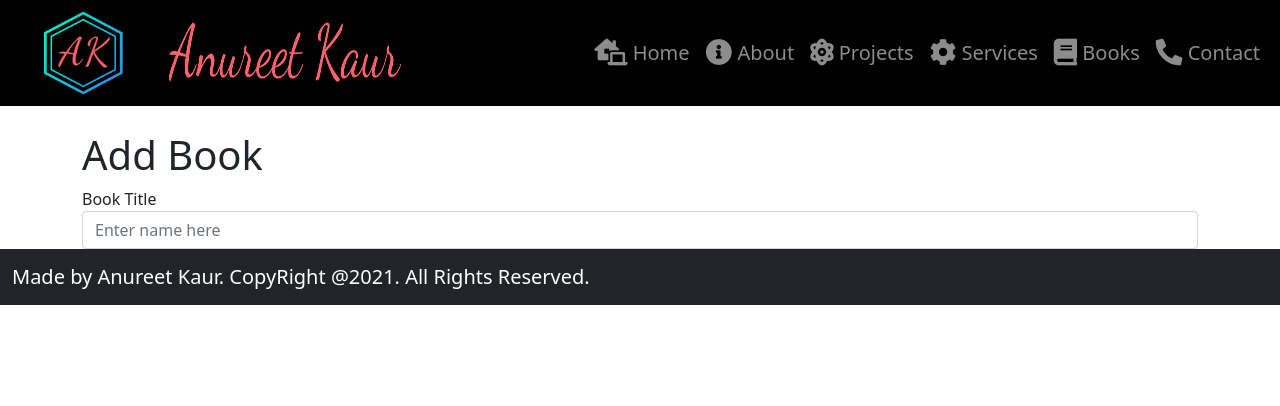
Repository: Anureet23/Portfolio_Authentication
Page: http://localhost/book-list/add
These files come from the project's save history. The page is drawn as it stood at one moment and after the next save; the edit follows.
The browser window is 1280 px wide. The pictures show the whole page.
The page is served by the project's Node server (server.js). Other server files are loaded and not shown.

Above is the page before, as saved 2021-06-16 19:43:02.

### server/views/book/add.ejs
<!--Header Partial Included -->
<% include ../partials/header.ejs %>

<!--Top Navbar Partial Included -->
<% include ../partials/navbar.ejs %>


<!--Content for ADD Page -->
<div class="container">
    <div class="row">
        <div class="offset md-3 col-md-6"></div>
        <h1><%= title%></h1>

        <form class="form" method="POST">
        <div class="form-group">
            <label for="nameTextField">Book Title</label>
            <input type="text" class="form-control" id="nameTextField" placeholder="Enter name here" name="name" required>
        </div>
        </form>
    </div>
</div>

 <!--Bottom Navbar Partial Included -->
 <% include ../partials/bottomnavbar.ejs %>

<!--Footer Partial Included -->
 <% include ../partials/footer.ejs %>

### server/views/partials/header.ejs
<!--Header Partial -->
<!DOCTYPE html>
<html lang="en">
<head>
  <meta charset="UTF-8">
  <meta http-equiv="X-UA-Compatible" content="IE=edge">
  <meta name="viewport" content="width=device-width, initial-scale=1.0">
  <title><%= title %></title>

  <!--CSS Section-->
  <link rel='stylesheet' href='/bootstrap/dist/css/bootstrap.min.css' />
  <link rel="stylesheet" href="/@fortawesome/fontawesome-free/css/all.min.css">

  <link rel='stylesheet' href='/Content/app.css' />
</head>
<body>

### server/views/partials/navbar.ejs
 <!--Top Nav Bar Partial-->

  <nav class="navbar navbar-expand-lg navbar-dark" style="font-size:20px;background-color:black!important">
    <div class="container-fluid" style="background-color:black">
     <img src="/Assests/images/Logo.PNG" height="90px" width="150px"> <img src="/Assests/images/Name.PNG" height="75px" width="240px" >
           <button class="navbar-toggler" type="button" data-bs-toggle="collapse" data-bs-target="#navbarSupportedContent" aria-controls="navbarSupportedContent" aria-expanded="false" aria-label="Toggle navigation">
        <span class="navbar-toggler-icon"></span>
      </button>

      <div class="collapse navbar-collapse" id="navbarSupportedContent">
        <ul class="navbar-nav ms-auto mb-2 mb-lg-0">

        <li class="nav-item">
        <a class="nav-link" aria-current="page" href="/home"><i class="fas fa-lg fa-laptop-house"></i> Home</a>
        </li>


           <li class="nav-item">
          <a class="nav-link " href="/about"> <i class="fas fa-lg fa-info-circle"></i> About</a>
          </li>

          <li class="nav-item">
            <a class="nav-link "  href="/projects"> <i class="fas fa-lg fa-atom"></i> Projects</a>
          </li>

          <li class="nav-item">
            <a class="nav-link"  href="/services"> <i class="fas fa-lg fa-cog"></i>  Services</a>
          </li>


          <li class="nav-item">
            <a class="nav-link"  href="/book-list"><i class="fas fa-lg fa-book"></i> Books</a>
          </li>

          <li class="nav-item">
            <a class="nav-link"  href="/contact"><i class="fas fa-lg fa-phone-alt"></i> Contact</a>
          </li>

      </div>
    </div>
  </nav>

### server/views/partials/bottomnavbar.ejs
<!--Bottom Navbar Partial-->

<nav class="navbar sticky-bottom navbar-dark bg-dark " >

  <div class="container-fluid">
    <a class="navbar-brand"  >Made by Anureet Kaur. CopyRight @2021. All Rights Reserved.</a>
  </div>
</nav>

### server/views/partials/footer.ejs
<!--Footer Partial-->
<!--JS Section-->
  <script src="/jquery/dist/jquery.min.js"></script>
  <script src="/bootstrap/dist/js/bootstrap.min.js"></script>
  <script src="/Scripts/app.js"></script>

</body>
</html>

### server.js
#!/usr/bin/env node
/* FileName :server.js */
/* StudentName :Anureet Kaur */
/* Student Id :301174444 */
/* Date : 4/06/2021 */
/**
 * Module dependencies.
 */

var app = require('./server/config/app');
var debug = require('debug')('express site:server');
var http = require('http');

/**
 * Get port from environment and store in Express.
 */

var port = normalizePort(process.env.PORT || '3000');
app.set('port', port);

/**
 * Create HTTP server.
 */

var server = http.createServer(app);

/**
 * Listen on provided port, on all network interfaces.
 */

server.listen(port);
server.on('error', onError);
server.on('listening', onListening);

/**
 * Normalize a port into a number, string, or false.
 */

function normalizePort(val) {
  var port = parseInt(val, 10);

  if (isNaN(port)) {
    // named pipe
    return val;
  }

  if (port >= 0) {
    // port number
    return port;
  }

  return false;
}

/**
 * Event listener for HTTP server "error" event.
 */

function onError(error) {
  if (error.syscall !== 'listen') {
    throw error;
  }

  var bind = typeof port === 'string'
    ? 'Pipe ' + port
    : 'Port ' + port;

  // handle specific listen errors with friendly messages
  switch (error.code) {
    case 'EACCES':
      console.error(bind + ' requires elevated privileges');
      process.exit(1);
      break;
    case 'EADDRINUSE':
      console.error(bind + ' is already in use');
      process.exit(1);
      break;
    default:
      throw error;
  }
}

/**
 * Event listener for HTTP server "listening" event.
 */

function onListening() {
  var addr = server.address();
  var bind = typeof addr === 'string'
    ? 'pipe ' + addr
    : 'port ' + addr.port;
  debug('Listening on ' + bind);
}

### server/routes/book.js
let express = require('express');
let router = express.Router();
let mongoose = require('mongoose');

//Connect to book model
let Book = require('../models/book');

/* GET Route for Book list*/

router.get('/',(req,res,next)=>{
    Book.find((err,bookList)=>{
        if(err)
        {
            return console.error(err);
        }
        else{
            //console.log(BookList);

            res.render('book/list',{title:'Books', BookList : bookList});
        }
    });
});


/* GET Route for displaying Add Page- CREATE Operation*/
router.get('/add', (req, res, next) => {
    res.render('book/add',{title:'Add Book'});
});

/* POST Route for processing Add Page- CREATE Operation*/
router.post('/add', (req, res, next) => {
   let newBook = Book({
          "name" : req.body.name,
          "author":req.body.author,
          "published": req.body.published,
          "description" : req.body.description,
          "price": req.body.price
   });

   Book.create(newBook,(err,Book)=> {
    if(err){
        console.log(err);
        res.end(err);
    }
    else{
        //refresh the book list
        res.redirect('/book-list');
    }
   });

});
/* GET Route for displaying Edit Page- UPDATE Operation*/
router.get('/edit/:id', (req, res, next) => {
       let id = req.params.id;

       Book.findById(id,(err,bookToEdit) => {

        if(err){
            console.log(err);
            res.end(err);
        }
        else{

            //show the edit view
            res.render('book/edit', {title: 'Edit Book',book:bookToEdit})
        }

       });
});
/* POST Route for processing Edit Page- UPDATE Operation*/
router.post('/edit/:id', (req, res, next) => {

let id = req.params.id;
let updatedBBook = Book({
    "_id":id,
    "name" : req.body.name,
    "author":req.body.author,
    "published": req.body.published,
    "description" : req.body.description,
    "price": req.body.price
});

Book.updateOne({_id: id},updatedBBook,(err) =>{
    if(err){
        console.log(err);
        res.end(err);
    }
    else{
       //refresh the book list
       res.redirect('/book-list');
    }
});

});
/* GET Route for perform Deletion- DELETE Operation*/
router.get('/delete/:id', (req, res, next) => {

    let id = req.params.id;
    Book.remove({_id: id},(err) =>{
        if(err){
            console.log(err);
            res.end(err);
        }
        else{
           //refresh the book list
           res.redirect('/book-list');
        }
    });
});

module.exports = router;

### public/Content/app.css
/* FileName :app.css */
/* StudentName :Anureet Kaur */
/* Student Id :301174444 */
/* Date : 4/06/2021 */
.center {
    text-align: center;
  }
  .container{
	margin-top: 25px;

}
.headerText{
    text-align: center;
}

### public/Scripts/app.js
/* FileName :app.js */
/* StudentName :Anureet Kaur */
/* Student Id :301174444 */
/* Date : 4/06/2021 */
(function(){


    function Start(){
        console.log("App Started.....");
    }

    window.addEventListener("load",Start);

})();

After the next save:
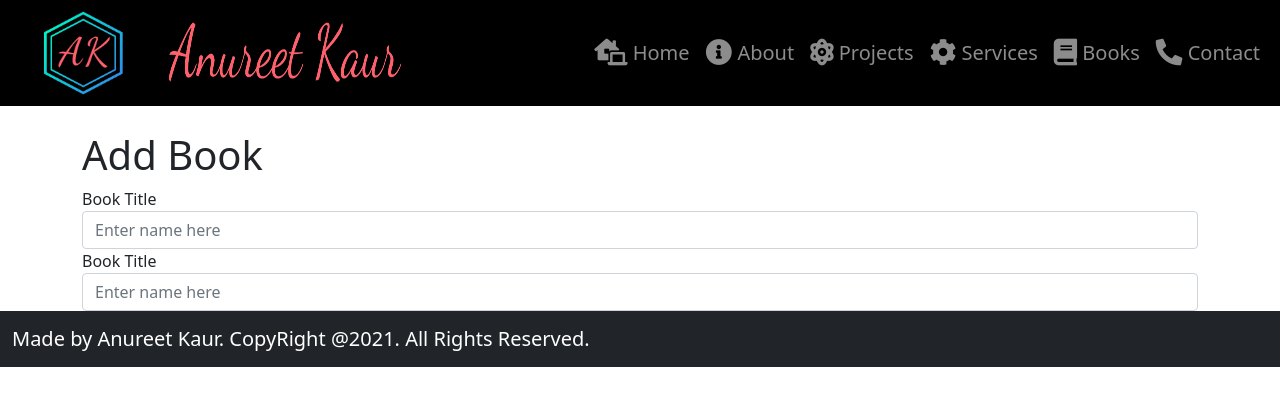
Saved 23 s later.
--- a/server/views/book/add.ejs
+++ b/server/views/book/add.ejs
@@ -16,6 +16,12 @@
             <label for="nameTextField">Book Title</label>
             <input type="text" class="form-control" id="nameTextField" placeholder="Enter name here" name="name" required>
         </div>
+
+        <div class="form-group">
+            <label for="nameTextField">Book Title</label>
+            <input type="text" class="form-control" id="nameTextField" placeholder="Enter name here" name="name" required>
+        </div>
+
         </form>
     </div>
 </div>
